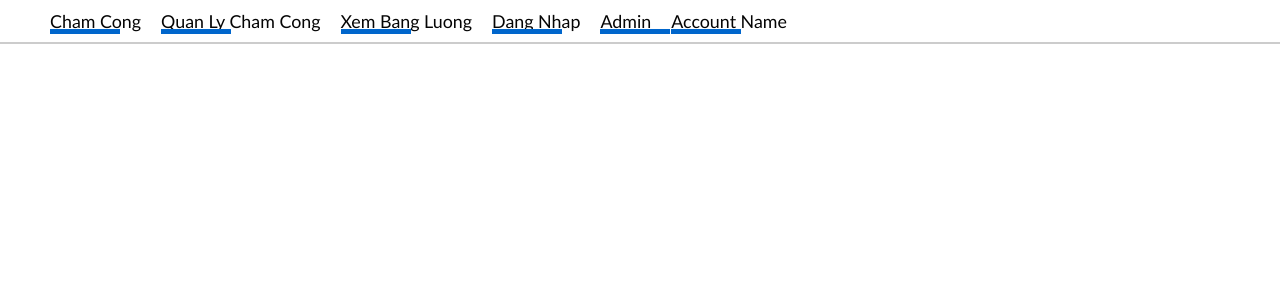
Repository: LDDUNG2003/a
Page: index.html
These files come from the project's save history. The page is drawn as it stood at one moment and after the next save; the edit follows.
The browser window is 1280 px wide. The pictures show the whole page.

Above is the page before, as saved 2023-10-13 23:54:51.

### index.html
<!DOCTYPE html>
<html lang="en">

<head>
    <meta charset="UTF-8">
    <meta name="viewport" content="width=device-width, initial-scale=1.0">
    <title>trang chu</title>
    <link rel="stylesheet" href="./controlView/css/base.css">
    <link rel="stylesheet" href="./controlView/css/index.css">
</head>

<body>
    <div class="main">
        <!-- start header -->
        <header class="app__header">
            <nav class="navBar">
                <ul class="navBar-list">
                    <li class="navBar--items"><a href="" class="navbar--link">Cham cong</a></li>
                    <li class="navBar--items"><a href="" class="navbar--link">Quan ly cham cong</a></li>
                    <li class="navBar--items">
                        <a href="" class="navbar--link">Xem bang luong</a></li>
                    <!-- login  -->
                    <li class="navBar--items">
                        <a href="" class="navbar--link">dang nhap</a></li>
                    <!-- admin menu -->
                    <li class="navBar--items">
                        admin
                        <ul class="account-list">
                            <li class="account--item"><a href="" class="navbar--link">admin</a></li>
                            <li class="account--item"><a href="" class="navbar--link">quan li nhan su</a></li>
                            <li class="account--item"><a href="" class="navbar--link">dang xuat</a></li>
                        </ul>
                    </li>
                    <!-- personnel menu -->
                    <li class="navBar--items">
                        account name
                        <ul class="account-list">
                            <li class="account--item"><a href="" class="navbar--link">cai dat tai khoan</a></li>
                            <li class="account--item"><a href="" class="navbar--link">dang ki ca lam</a></li>
                            <li class="account--item"><a href="" class="navbar--link">dang xuat</a></li>
                        </ul>
                    </li>
                </ul>
            </nav>
        </header>
        <!-- end header -->

        <!-- start content -->
        <div class="app__content">

        </div>
        <!-- end content -->
    </div>
</body>

</html>

### controlView/css/base.css
:root {
    --primary-color: #0066cc;
    --text-color: #040404;
}

* {
    padding: 0px;
    margin: 0px;
    font-family: 'Trebuchet MS', 'Lucida Sans Unicode', 'Lucida Grande', 'Lucida Sans', Arial, sans-serif;
}

html,
body {
    font-size: 0.62rem;
}

.main {}

.app__header {
    width: 100%;
    border-bottom: solid 2px #ccc;
    background-color: #fff;
}

.navBar {
    width: 100%;
    max-width: 1200px;
    margin: auto;
    cursor: pointer;
}

.navBar-list {
    display: flex;
    list-style: none;
}

.navBar--items {
    padding: 10px 10px;
    font-size: 1.8rem;
    position: relative;
    text-transform: capitalize;
    color: var(--text-color);
}

.navBar--items::after {
    content: '';
    padding-top: 5px;
    top: 70%;
    left: 10px;
    width: 70px;
    background-color: var(--primary-color);
    position: absolute;
}

.navbar--link {
    text-decoration: none;
    color: inherit;
}

.account-list {
    position: absolute;
    width: 150px;
    display: none;
    list-style: none;
    padding: 4px;
    color: var(--text-color);
    top: 100%;
    left: 0px;
    box-shadow: #414141;
    background-color: white;
}

.navBar--items:hover .account-list {
    display: block;
}

.account--item {
    padding: 5px 0px;
    border-bottom: solid 1px #ccc;
}

Loaded but not shown: controlView/css/index.css (no stored copy; drawn as an empty file)

After the next save:
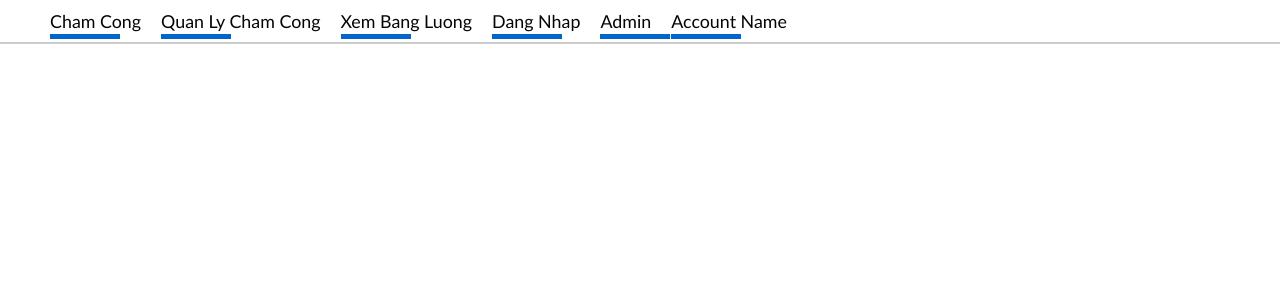
Saved 7 s later.
--- a/controlView/css/base.css
+++ b/controlView/css/base.css
@@ -45,7 +45,7 @@ body {
 .navBar--items::after {
     content: '';
     padding-top: 5px;
-    top: 70%;
+    top: 80%;
     left: 10px;
     width: 70px;
     background-color: var(--primary-color);
